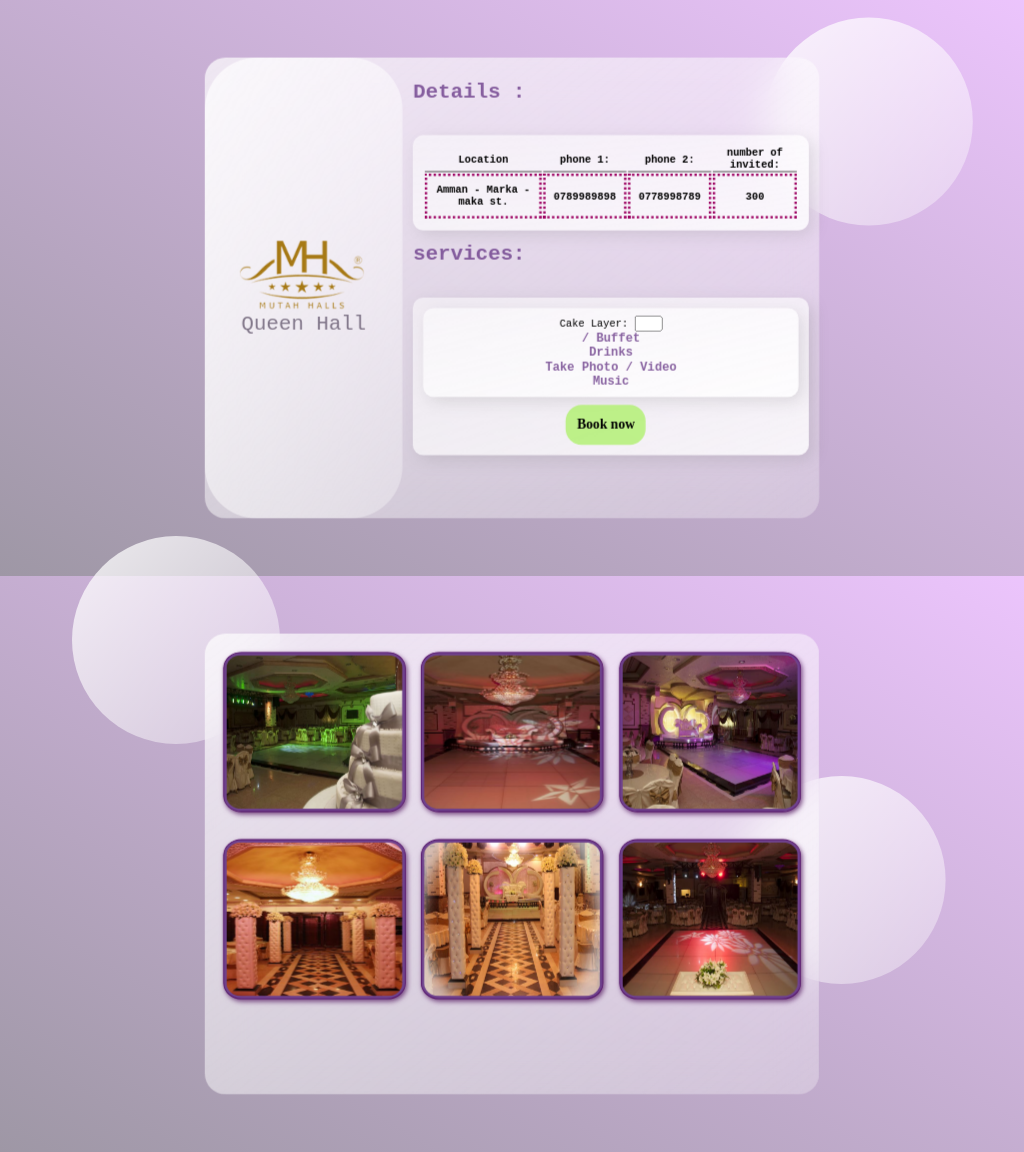
Repository: special4Party/Graduation-project-wedding-hall
Page: include/temp/hall_profile.html
An editor plug-in stored every save of this project. The page is shown before and after the next save, followed by the edit.
The browser window is 1280 px wide. The pictures show the whole page, at 80% of full size.

Above is the page before, as saved 2022-04-30 21:05:28.

After the next save:
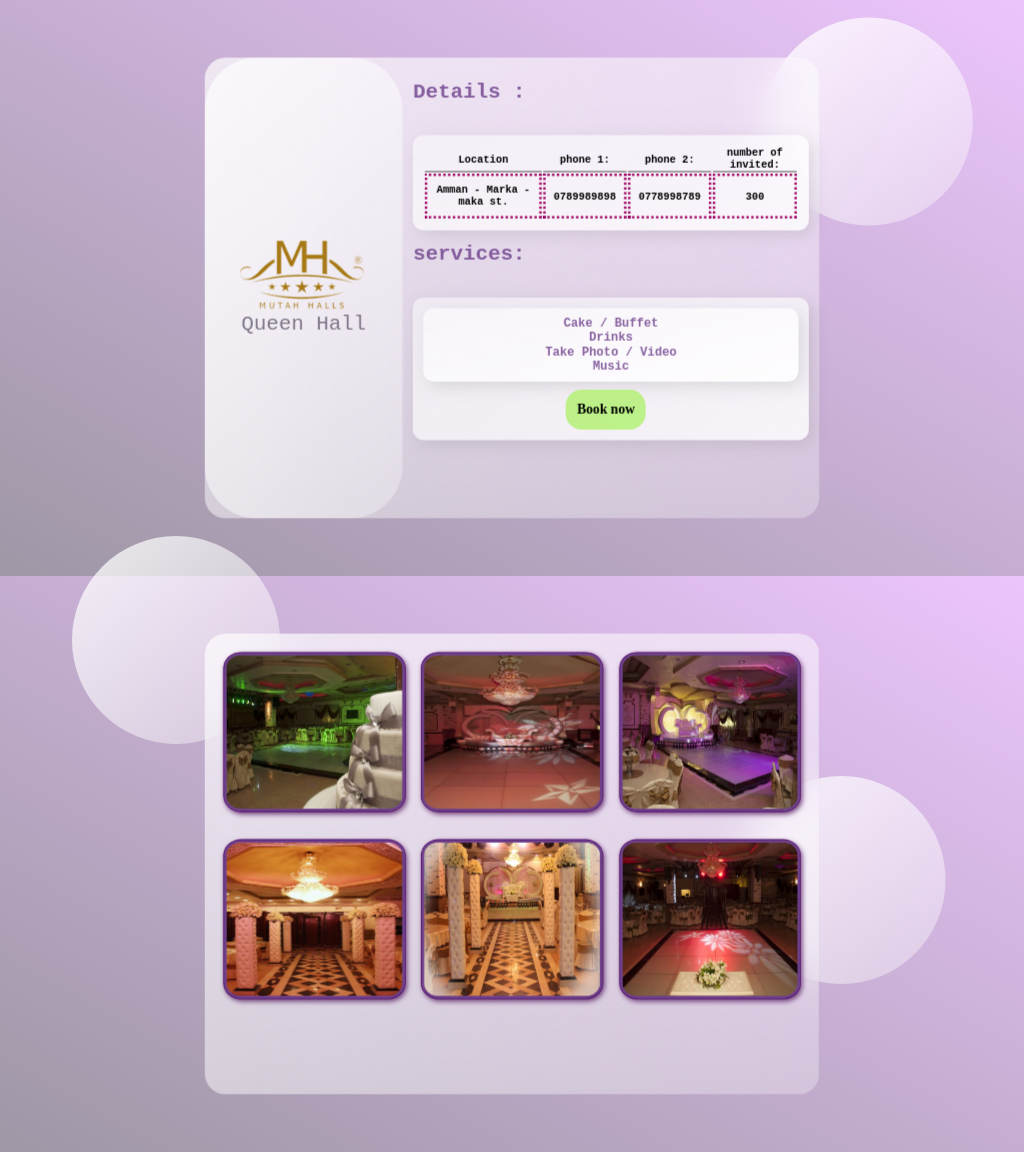
Saved 90 s later.
--- a/include/temp/hall_profile.html
+++ b/include/temp/hall_profile.html
@@ -52,11 +52,7 @@
             <div class="card-info">
                 <div class="sub-card">
                     <div>
-                      <form >
-                        <label>Cake Layer:</label>
-                        <input type="number" name="number-of-Cake-layer" max="7" min="1">
-                      </form>
-                        <h3>/ Buffet</h3>
+                        <h3>Cake / Buffet</h3>
                         <h3>Drinks</h3>
                         <h3>Take Photo / Video</h3>
                         <h3>Music</h3>
